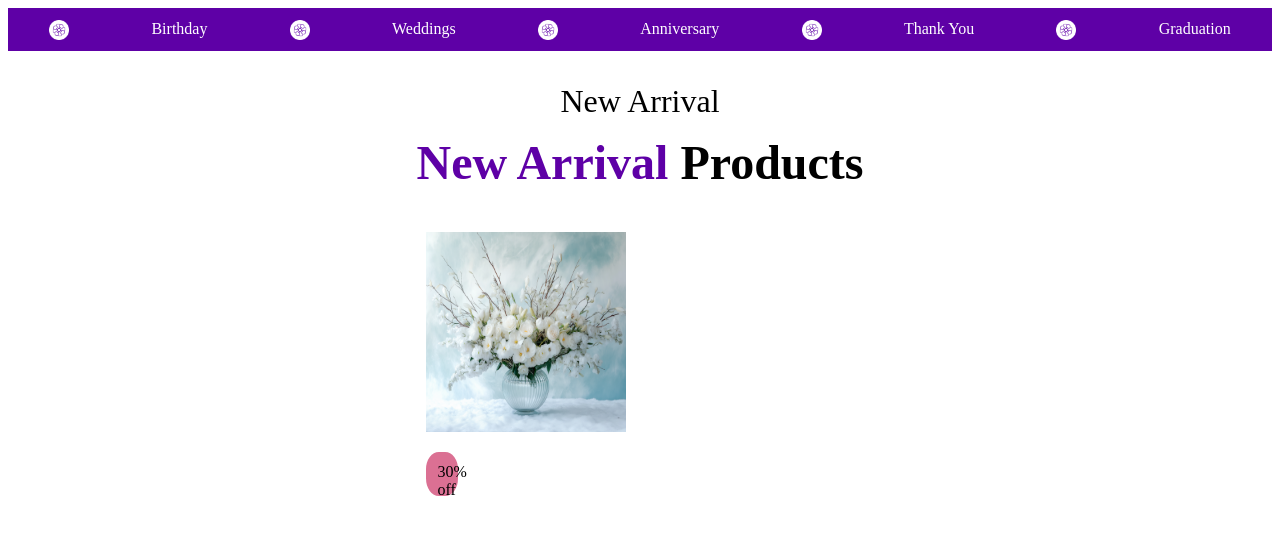
Repository: KolawoleTemilade/classroom-learning
Page: newarrival/index.html
The author's editor kept a copy of each file at every save. The page is drawn from the files as they stood at one save, then again after the next save.
The browser window is 1280 px wide. The pictures show the whole page.

Above is the page before, as saved 2025-10-01 18:26:46.

After the next save:
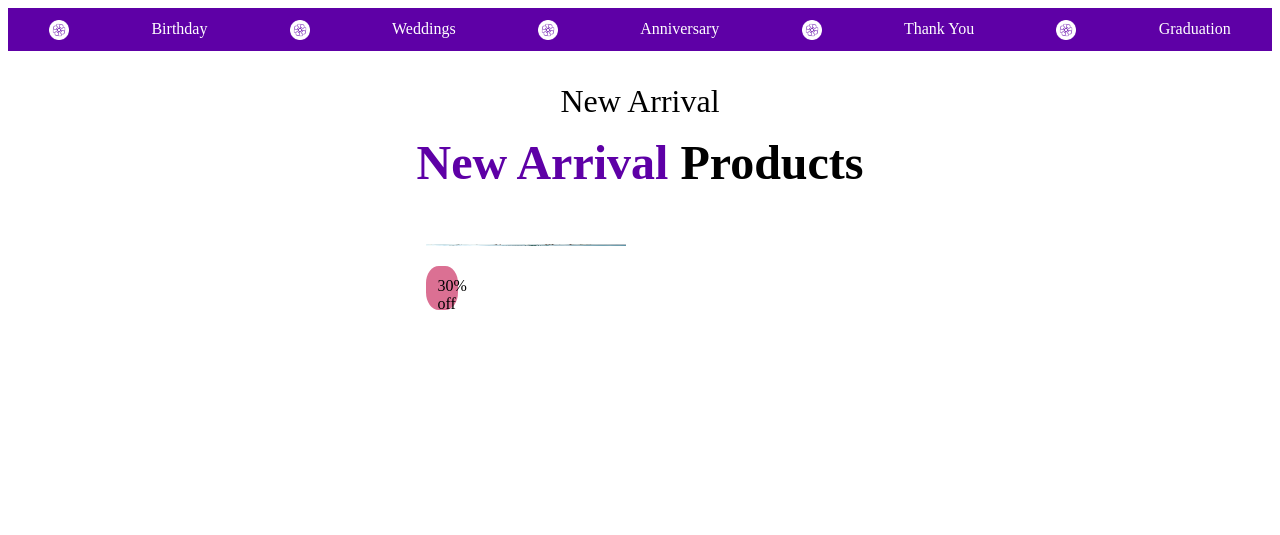
Saved 6 min 30 s later.
--- a/newarrival/index.html
+++ b/newarrival/index.html
@@ -57,7 +57,7 @@
         <div class="new-arrival-product-card">
           <div class="product-card">
             <div class="img-sect">
-              <img src="./images/new-arrival/flower1.png" alt="flower1" width="200" height="200" />
+              <img src="./images/new-arrival/flower1.png" alt="flower1" width="200" height="2 ,00" />
               <div class="absolute-container">
                 <p class="slash">30% off</p>
               </div>
